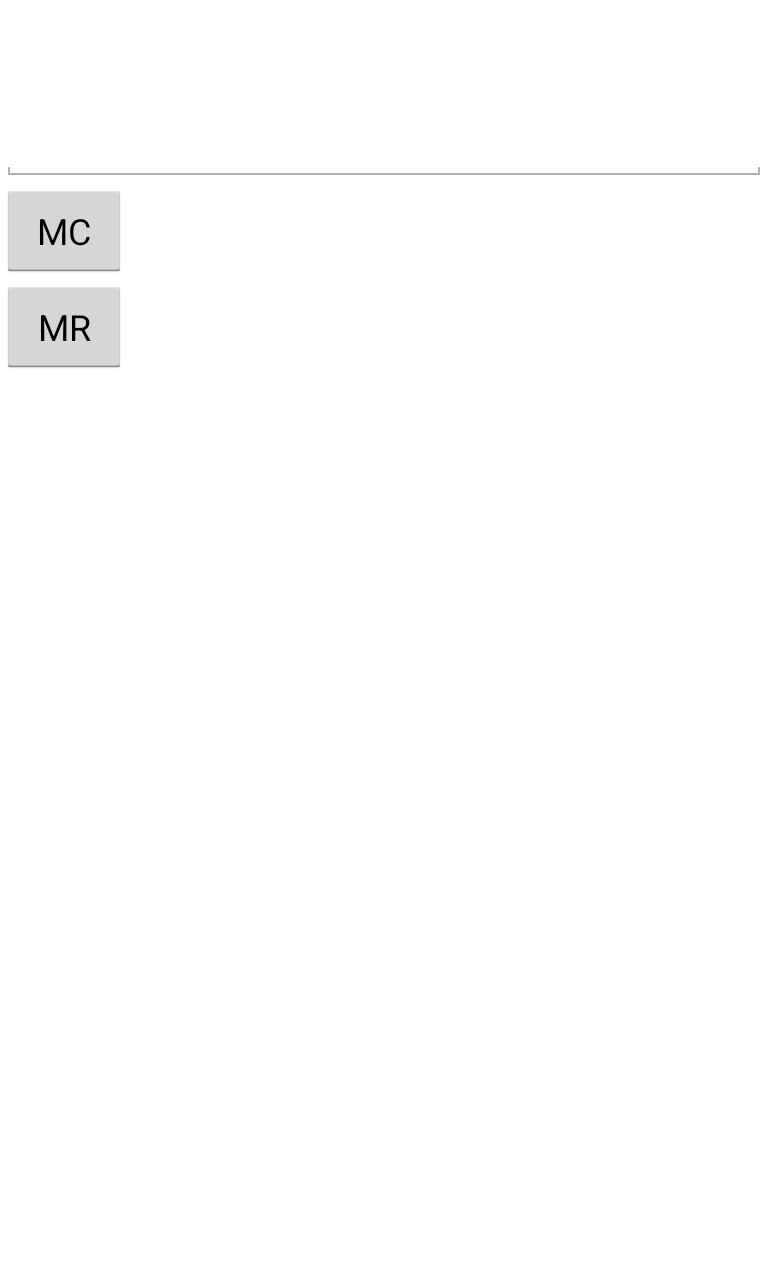
Repository: sonyi/androidClass
Layout: androidClass/day02/Calculate/res/layout/activity_main.xml
An editor plug-in stored every save of this project. The layout is shown before and after the next save, followed by the edit.
It is drawn on a 768 x 1280 px phone screen (xhdpi) without system bars, with theme AppTheme; the app's code is not run.

Above is the layout before, as saved 2014-05-28 05:10:30.

### androidClass/day02/Calculate/res/layout/activity_main.xml
<?xml version="1.0" encoding="utf-8"?>
<RelativeLayout xmlns:android="http://schemas.android.com/apk/res/android"
    android:layout_width="match_parent"
    android:layout_height="match_parent" >

    <EditText
        android:id="@+id/et_show"
        android:layout_width="match_parent"
        android:layout_height="wrap_content"
        android:layout_marginTop="10dp"
        android:lines="3" />

    <Button
        android:id="@+id/id_mc"
        android:layout_width="wrap_content"
        android:layout_height="wrap_content"
        android:layout_alignParentLeft="true"
        android:layout_below="@id/et_show"
        android:text="MC" />

    <Button
        android:id="@+id/id_mr"
        android:layout_width="wrap_content"
        android:layout_height="wrap_content"
        android:layout_below="@id/id_mc"
        android:text="MR" />

</RelativeLayout>

Loaded but not shown: androidClass/day02/Calculate/res/values/styles.xml (common file); androidClass/day02/Calculate/res/values-v11/styles.xml (common file); androidClass/day02/Calculate/res/values-v14/styles.xml (common file)

After the next save:
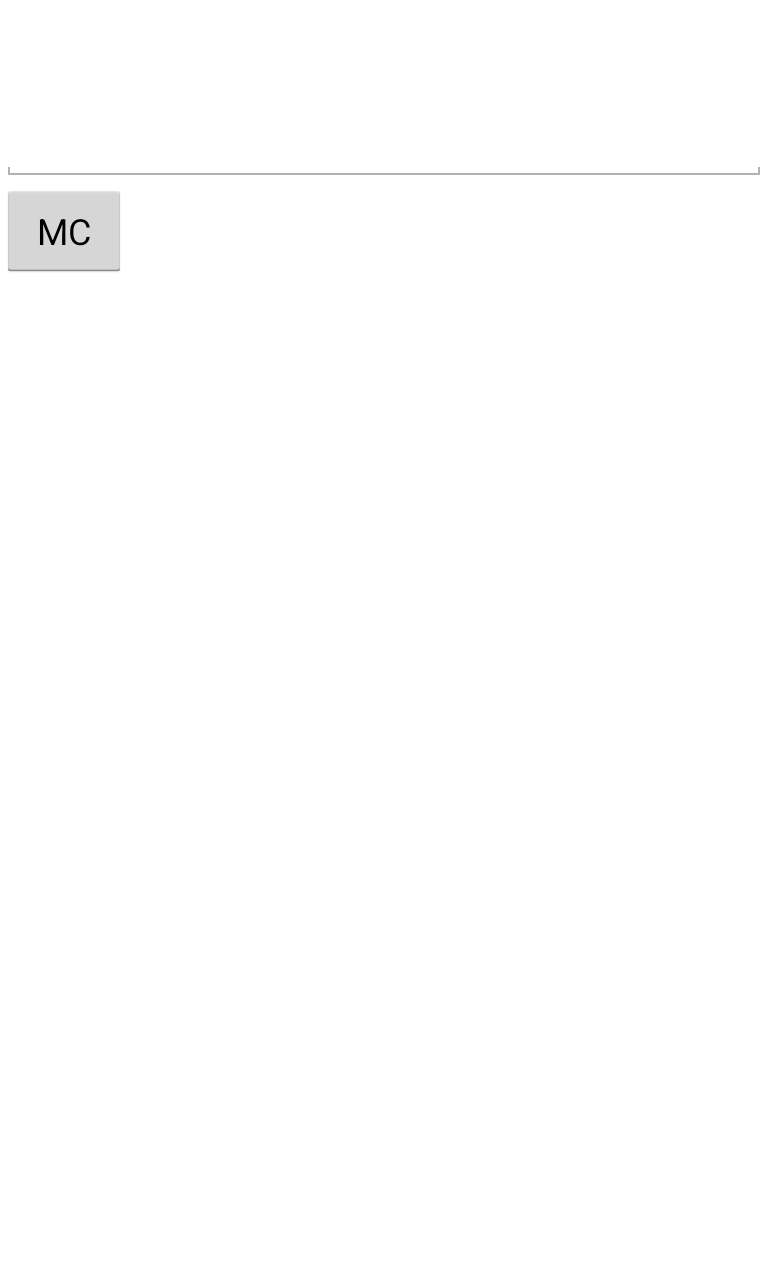
Saved 51 s later.
--- a/androidClass/day02/Calculate/res/layout/activity_main.xml
+++ b/androidClass/day02/Calculate/res/layout/activity_main.xml
@@ -22,7 +22,8 @@
         android:id="@+id/id_mr"
         android:layout_width="wrap_content"
         android:layout_height="wrap_content"
-        android:layout_below="@id/id_mc"
+        android:layout_alignTop="@id/id_mc"
+        android:layout_toLeftOf="@id/id_mc"
         android:text="MR" />
 
 </RelativeLayout>
